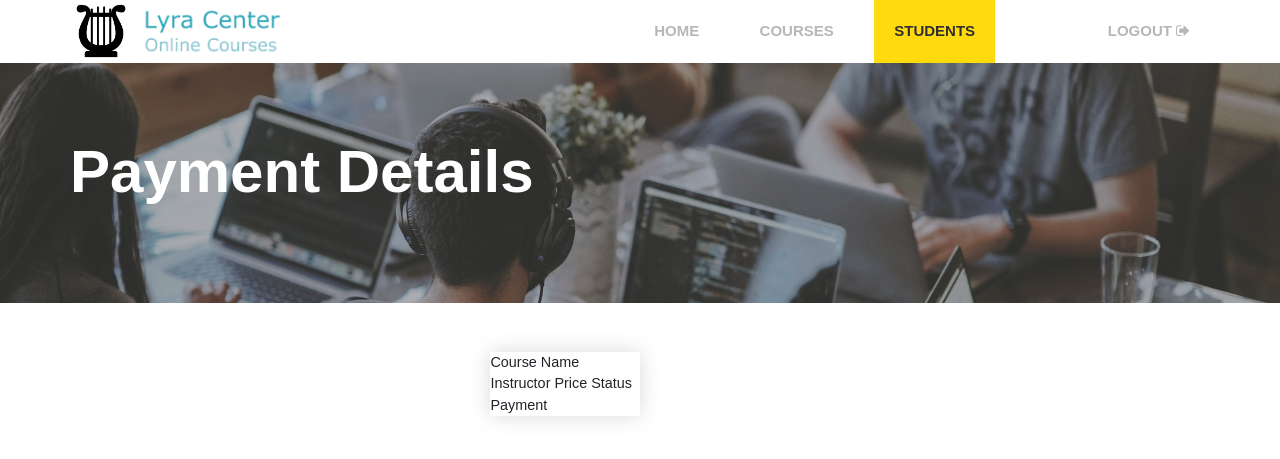
Repository: jersmaecrz/lyra-center
Page: http://localhost/aPayment.php
The author's editor kept a copy of each file at every save. The page is drawn from the files as they stood at one save, then again after the next save.
The browser window is 1280 px wide. The pictures show the whole page.
Some web fonts or font styles are not loaded; a fallback is used. The page is run by PHP 8.4 with error messages shown; the project is at /var/www/html/.

Above is the page before, as saved 2022-12-04 15:58:51.

After the next save:
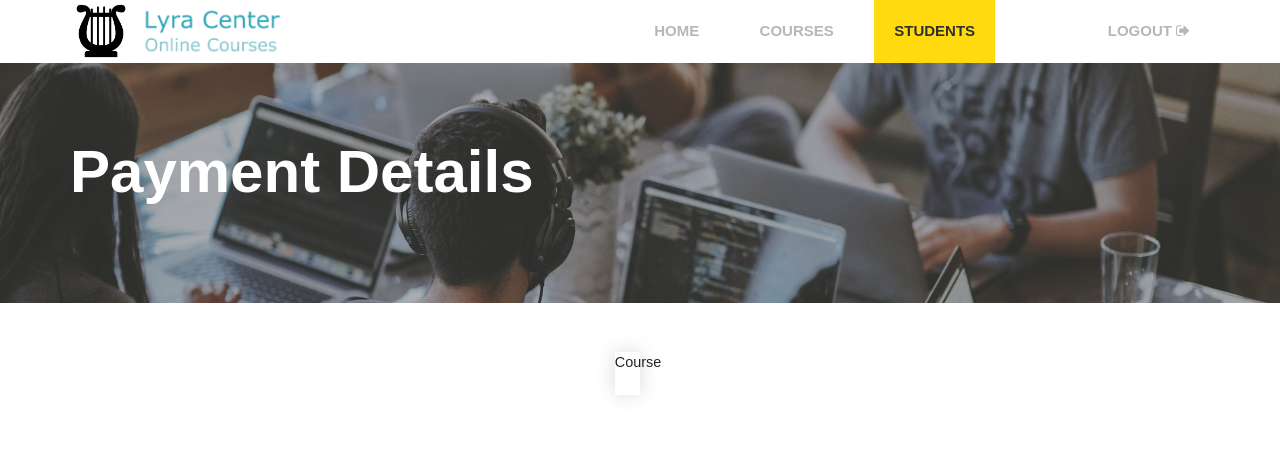
Saved 10 s later.
--- a/aPayment.php
+++ b/aPayment.php
@@ -102,13 +102,6 @@
                 <thead>
                     <tr>
                         <th>Course</th>
-                        <th>Name</th>
-                        <th>Instructor</th>
-                        <th>Price</th>
-                        <th>Status</th>
-                        <th></th>
-                        <th>Payment</th>
-
                     </tr>
                 </thead>
                 <tbody>
